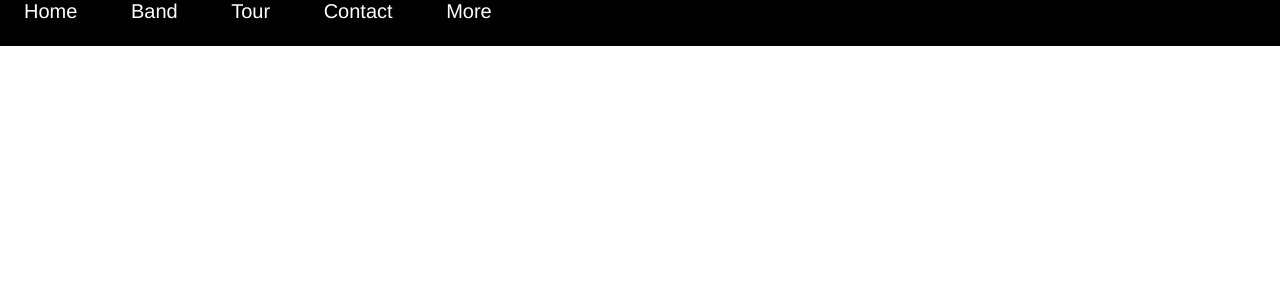
Repository: nugort/nugort.github.io
Page: f8/the-band/index.html
An editor plug-in stored every save of this project. The page is shown before and after the next save, followed by the edit.
The browser window is 1280 px wide. The pictures show the whole page.
The pointer rests on the first visible `#nav li`.

Above is the page before, as saved 2022-02-07 00:31:00.

### f8/the-band/index.html
<!DOCTYPE html>
<html lang="en">

<head>
    <meta charset="UTF-8">
    <meta http-equiv="X-UA-Compatible" content="IE=edge">
    <meta name="viewport" content="width=device-width, initial-scale=1.0">
    <title>Document</title>
    <link rel="stylesheet" href="./assets/css/styles.css">
</head>

<body>
    <div id="main">
        <div id="header">
            <ul id="nav">
                <li>
                    <a href="#">Home</a>
                </li>

                <li>
                    <a href="#">Band</a>
                </li>

                <li>
                    <a href="#">Tour</a>
                </li>

                <li>
                    <a href="#">Contact</a>
                </li>

                <li>
                    <a href="#">More</a>
                    <ul class="subnav">
                        <li>
                            <a href="#">Merchandise</a>
                        </li>

                        <li>
                            <a href="#">Extras</a>
                        </li>

                        <li>
                            <a href="#">Media</a>
                        </li>
                    </ul>
                </li>
            </ul>
        </div>

        <div id="conten">

        </div>

        <div id="footer">

        </div>
    </div>
</body>

</html>

### f8/the-band/assets/css/styles.css
/* 3 kiểu dùng css
- inline (phèn)
- internal (cũng phèn)
-external (đúng đúng đúng) */

/* Các đơn vị hay dùng
* Absolute units
- px
- pt
- cm
- mm
- inch
- picture

* Relative units
- %
- rem (bằng kích cỡ chữ của thẻ html - mặc định là 16px)
- em  (bằng kích cỡ chữ của thẻ cha chứa nó gần nhất có set font-size)
- vw (chiều rộng bằng chiều ngang của màn hình hiển thị)
- vh (chiều cao bằng chiều dọc của màn hình hiển thị) */

/* Hàm trong css
- var(): gọi biến vào
- linearGradient()
- rgba()
- rgb
- calc(): tính toán
- attr() */

/* Pseudo-classes (lớp giả) */

:root {
    --text-color: #FFFFFF;
    --background-color: #00171F;
    --button-color: #003459;
    --other-color: #007EA7;
    --button-2nd-color: #00A8E8;
}  /* Đặt biến giống trong ngôn ngữ lập trình khác thôi =))) */

* {
    box-sizing: border-box;
    margin: 0;
    padding: 0;
} /* reset css */

html {
    font-family: Helvetica, sans-serif;
    font-size: 20px;
}
/*
Chọn cùng lúc nhiều Class, ID đưa qua css
Bôi đen điểm chung -> CTRL +  SHIFT + L -> Mũi tên qua phải ( > ) -> CTRL + SHIFT + ( > ) -> CTRL + C
-> Qua file css paste -> ALT + CLICK  -> # -> CTRL + ( > ) -> {}
 */

/*
1. Làm từ ngoài vào trong
2. Làm từ trên xuống dưới
3. Từ tổng quan đến chi tiết
*/

/*
1. Vị trí (Vị trí các phần; Header, Content, ...)
2. Kích thước
3. Màu sắc
4. Styles (Fonts chữ, tròn, vuông, ...)
*/

#main{

}

#header{
    background-color: black;
    height: 46px;
}

#nav li {
    display: inline-block;
}

#nav li a {
    color: #FFFFFF;
    text-decoration: none;
    /* line-height: 46px; */
    padding: 12px 24px;
}

#nav .subnav{
    display: none;
}

#content{

}

#footer{

}

After the next save:
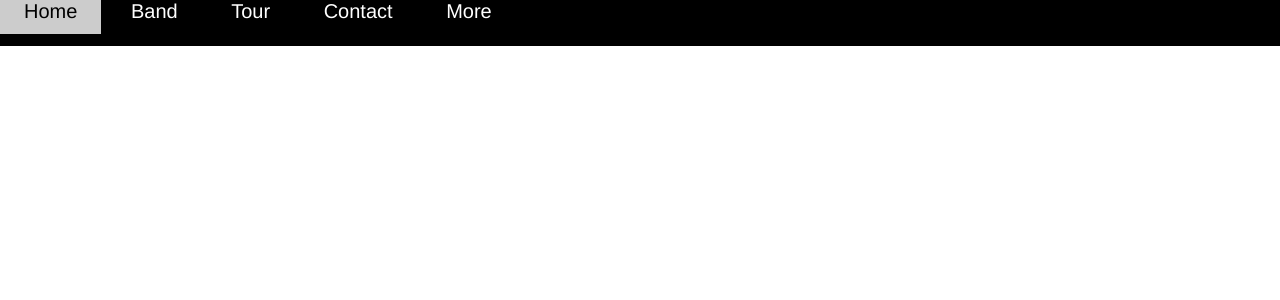
Saved 6 min 10 s later.
--- a/f8/the-band/assets/css/styles.css
+++ b/f8/the-band/assets/css/styles.css
@@ -86,6 +86,11 @@ Bôi đen điểm chung -> CTRL +  SHIFT + L -> Mũi tên qua phải ( > ) -> CT
     padding: 12px 24px;
 }
 
+#nav li:hover a {
+    color: #000000;
+    background-color: #CCCCCC;
+}
+
 #nav .subnav{
     display: none;
 }
